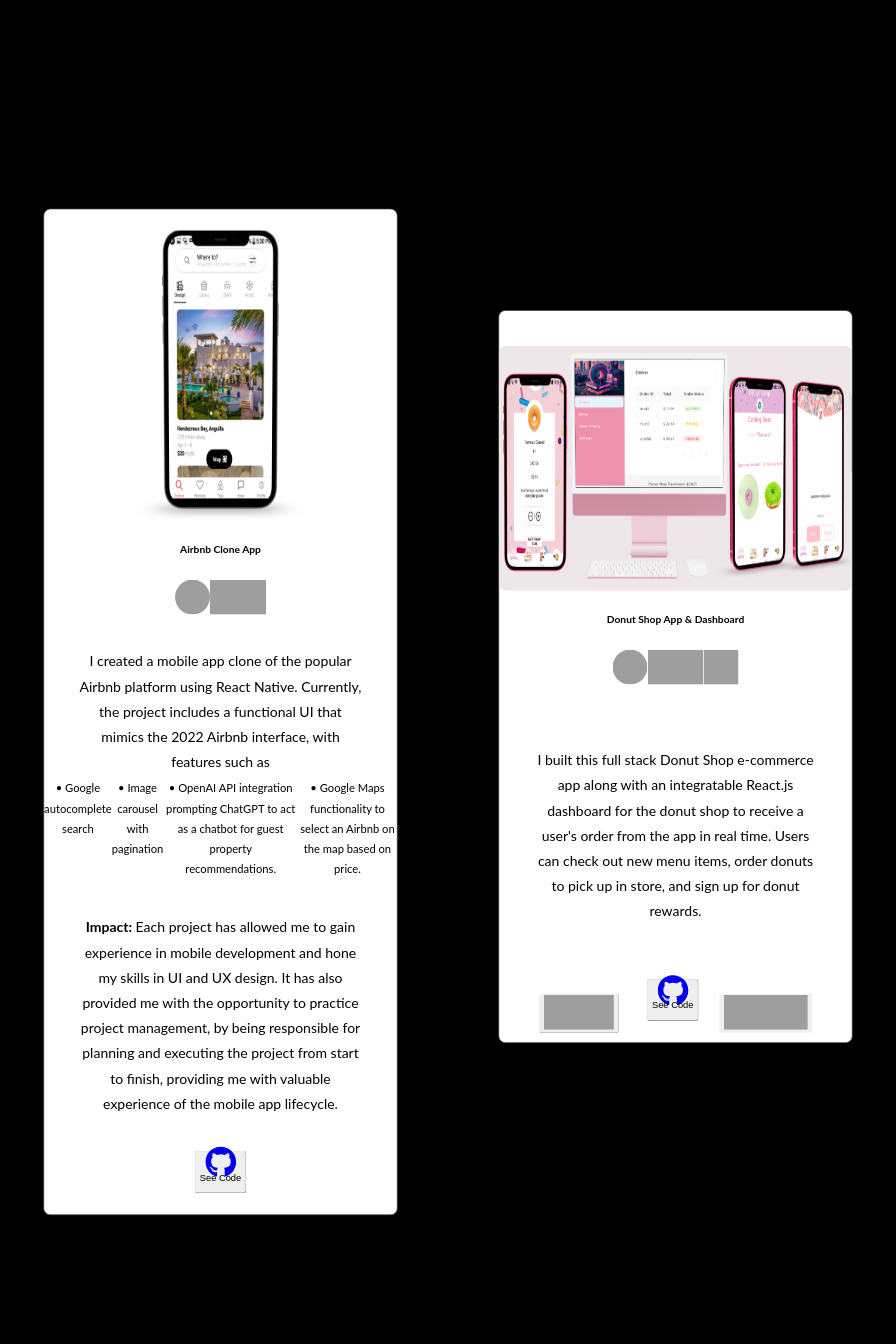
Repository: JamesPesenti/portfolio
Page: /
An editor plug-in stored every save of this project. The page is shown before and after the next save, followed by the edit.
The browser window is 1280 px wide. The pictures show the part of the page from y = 1450 to 3370 px (the page is 6929 px tall), at 70% of full size.
Pictures or frames that could not be fetched are drawn as grey boxes. The project was rebuilt for these pictures with package versions that can differ from the ones it lists, and the page was loaded fresh each time. Imported but missing from the stored project, and not drawn on this page: src/Components/James Pesenti Resume 2023.pdf.

Above is the page before, as saved 2023-08-28 14:58:57.

### public/index.html
<!DOCTYPE html>
<html lang="en">
  <head>
    <meta charset="utf-8" />
    <link rel="" href="" />
    <meta name="viewport" content="width=device-width, initial-scale=1" />
    <meta name="theme-color" content="#000000" />
    <meta name="description" content="James Pesenti Portfolio 2023" />
    <link rel="apple-touch-icon" href="" />
    <link rel="manifest" href="%PUBLIC_URL%/manifest.json" />

    <title>Portfolio 2023</title>

  </head>
  <body>
    <div id="root"></div>
  </body>
</html>

### src/Components/Navbar.jsx
import React, {Component} from 'react'
import { FaGithub } from "react-icons/fa";
import { FaEnvelope } from "react-icons/fa";
import { FaFile } from "react-icons/fa";
import Pdf from "../Components/James Pesenti Resume 2023.pdf"


const Navbar = () => {
  return (
    <>
          <div className="navbar flex">
            <div className="container">
                <nav>
                  <ul style={{textAlign: "center", marginTop: 70, position: 'relative', left: 0, top: -2}}>
                    <li>
                      <a className="App-link"  href="mailto:jamespesenti91@gmail.com" target="_blank" rel="noopener noreferrer">
                      <FaEnvelope size={35} style={{display: "flex", textAlign: "center", marginLeft: 10}}/>
                          Contact
                      </a>
                    </li>
                    <li>
                      <a className="App-link" href="https://github.com/JamesPesenti" target="_blank" rel="noopener noreferrer">
                        <FaGithub size={35} style={{display: "flex", textAlign: "center", marginLeft: 10}} />
                        GitHub
                      </a>
                    </li>
                    <li>
                      <a className="App-link" href={Pdf} target="_blank" rel="noopener noreferrer">
                        <FaFile size={35} style={{display: "flex", textAlign: "center", marginLeft: 10}} />
                        Resume
                      </a>
                    </li>
                  </ul>
                </nav>
                {/* <h4 style={{color: "white", textAlign: 'center', marginBottom:-440}}>
                  See my work below and send a message to get in touch
                </h4> */}
            </div>
          </div>
    </>
  )
}

export default Navbar

### src/Components/AboutMe.jsx
import React from 'react'
import { FontAwesomeIcon } from '@fortawesome/react-fontawesome'
import { FaGithub } from "react-icons/fa";
import { FaMapPin } from "react-icons/fa";

const AboutMe = () => {
  return (
    <>

        <div style={{justifyContent: "center", textAlign: "center", color: "white", padding: 50,}}>
            {/* Spinning image  */}
            {/* <img style={{padding: 10, borderRadius: "50%", width: 200, height: 200,}} src="/images/IMG_1619.jpg" className="App-logo" alt="logo" /> */}
            <img style={{padding: 10, borderRadius: "50%", width: 200, height: 200,}} src="/images/IMG_1619.jpg" alt="logo" />
            <h1>I'm James Pesenti</h1>
            <h2>a Software Developer building mobile apps and websites</h2>
              <FaMapPin size={20} style={{position: "relative", top: 5, right: 65, }} />
              <h3 style={{marginTop: -24}}> Chicago, IL</h3>
        </div>

</>
  )
}

export default AboutMe

### src/Components/Scroll.jsx
import React from 'react'
import '../CSS/App.css';


const Scroll = () => {

  return (
    <>

        <div style={{marginBottom: 400, justifyContnent: 'center'}} id="section09" class="demo">
          <a href="#parallaxContainer">
            <span></span>
            Scroll down to see my work
          </a>
        </div>

    </>
  )
}

export default Scroll

### src/Components/MyProjects.jsx
import UberGoogleButton from "../Components/UberGoogleButton"
import AstonGoogleButton from "./AstonGoogleButton"
import AstonAppleButton from "./AstonAppleButton"
import BarceGoogleButton from "../Components/BarceGoogleButton"
import BarceAppleButton from "./BarceAppleButton"
import { FaGithub } from "react-icons/fa";

const MyProjects = () => {
  return (

  <>
    <div id="parallaxContainer" style={{ display: 'grid', gridTemplateColumns: 'repeat(2, 1fr)', gap: '20px' }}>

    {/* Airbnb Clone */}
    <div style={{ justifyContent: 'center', alignItems: 'center',  width: "80%", borderRadius: 10}} className="box">
            <div>
                <img style={{ borderRadius: 10, marginTop: 30, marginBottom: -35, width: "100%", height: 450, transition: ".7s", }} src="images/mockrocket-capture (11).png" />
            </div>
            <h4 style={{textAlign: 'center'}}>Airbnb Clone App</h4>
                <div style={{padding: 10, borderRadius: 10, marginBottom: -40,}}>
                  <img style={{width: 50, height: 50, borderRadius: 50}} src="https://i.pinimg.com/originals/8a/02/1a/8a021aa097236b42dd71fb731e3d894d.gif"/>
                  <img style={{width: 80, height: 50, }} src="https://www.datocms-assets.com/45470/1631026680-logo-react-native.png"  />
                  {/* <img style={{width: 50, height: 50, }} src="https://pbs.twimg.com/profile_images/1114309924551417856/FKA4cm2x_400x400.png"  /> */}
                </div>
           <div>
            <p style={{fontSize: 20, textAlign: 'center', padding: 50, marginBottom: -60}}>I created a mobile app clone of the popular Airbnb platform using React Native. Currently, the project includes a functional UI that mimics the 2022 Airbnb interface, with features such as</p>
           </div>
           <div style={{display: 'flex', flexDirection: "row", paddingHorizontal: 100}}>
            <p style={{fontSize: 16, padding: 0, marginBottom: -20}}>&#8226; Google autocomplete search</p>
            <p style={{fontSize: 16, padding: 0, marginBottom: -20}}>&#8226; Image carousel with pagination</p>
            <p style={{fontSize: 16, paddingHorizontal: 0, marginBottom: -20}}> &#8226; OpenAI API integration prompting ChatGPT to act as a chatbot for guest property recommendations.</p>
            <p style={{fontSize: 16, paddingHorizontal: -90, marginBottom: -20}}> &#8226; Google Maps functionality to select an Airbnb on the map based on price.</p>
            {/* <p style={{fontSize: 20, textAlign: 'center', padding: 40, marginBottom: -60}}>I plan to add additional features and integrate back end functionality in future updates to enhance the user experience and provide a more comprehensive product.</p> */}
            {/* <p style={{fontSize: 20, textAlign: 'center', padding: 30, marginBottom: -80}}><b> Key Skills I learned: </b>React Native, UI design, Google Play and App Store submission process, mobile development, UX design, project management.</p> */}
           </div>
           <div>
            <p style={{fontSize: 20, textAlign: 'center', padding: 50}}><b> Impact: </b> Each project has allowed me to gain experience in mobile development and hone my skills in UI and UX design. It has also provided me with the opportunity to practice project management, by being responsible for planning and executing the project from start to finish, providing me with valuable experience of the mobile app lifecycle.</p>
           </div>

           <div >
                {/* <UberGoogleButton  /> */}
                <button style={{marginTop: 10}} type="button" className="codeButton">
                  <a href="https://github.com/JamesPesenti/Airbnb" target="_blank" rel="noopener noreferrer">
                    <FaGithub  size={45} style={{ marginTop: -80, marginBottom: -25, justifyContent: "center", textAlign: "center"}} />
                  </a>
                  <p>See Code</p>
                </button>
                {/* <AstonAppleButton  /> */}
            </div>

        </div>


     {/* Donut Shop App */}
     <div style={{marginTop: -80, marginBottom: 20, justifyContent: 'center', alignItems: 'center',  width: "80%", borderRadius: 10}} className="box">
            <div>
                <img style={{ borderRadius: 10, marginTop: 50, width: "100%", height: 350, transition: ".7s", }} src="/images/appAndDashMock.png" />
            </div>
            <h4 style={{textAlign: 'center'}}>Donut Shop App & Dashboard</h4>
                <div style={{padding: 10, borderRadius: 10, marginBottom: 0,}}>
                  <img style={{width: 50, height: 50, borderRadius: 50}} src="https://i.pinimg.com/originals/8a/02/1a/8a021aa097236b42dd71fb731e3d894d.gif"/>
                  <img style={{width: 80, height: 50, }} src="https://www.datocms-assets.com/45470/1631026680-logo-react-native.png"  />
                  <img style={{width: 50, height: 50, }} src="https://pbs.twimg.com/profile_images/1114309924551417856/FKA4cm2x_400x400.png"  />
                </div>
            <p style={{fontSize: 20,textAlign: 'center', padding: 50}}>I built this full stack Donut Shop e-commerce app along with an integratable React.js dashboard for the donut shop to receive a user's order from the app in real time. Users can check out new menu items, order donuts to pick up in store, and sign up for donut rewards.</p>

            <div>
                <UberGoogleButton  />
                <button style={{marginTop: 40}} type="button" className="codeButton">
                  <a href="https://github.com/JamesPesenti/Donut_Shop" target="_blank" rel="noopener noreferrer">
                    <FaGithub  size={45} style={{ marginTop: -80, marginBottom: -25, justifyContent: "center", textAlign: "center"}} />
                  </a>
                  <p>See Code</p>
                </button>
                <AstonAppleButton  />
            </div>

        </div>


    {/* Uber Eats App */}
    <div style={{marginTop: 80, marginBottom: 60, justifyContent: 'center', alignItems: 'center',  width: "80%", borderRadius: 10}} className="box">
            <div className="imgWrapper" style={{width: 480, height: 350}}>
                <img style={{ borderRadius: 5, marginTop: 50, width: "100%", height: 300, transition: ".7s", }} src="/images/UberEatsLast.png" />
            </div>
            <h4 style={{textAlign: 'center'}}>Uber Eats Clone App</h4>
                <div style={{padding: 10, borderRadius: 10, marginBottom: -40,}}>
                  <img style={{width: 50, height: 50, borderRadius: 50}} src="https://i.pinimg.com/originals/8a/02/1a/8a021aa097236b42dd71fb731e3d894d.gif"/>
                  <img style={{width: 80, height: 50, }} src="https://www.datocms-assets.com/45470/1631026680-logo-react-native.png"  />
                  <img style={{width: 50, height: 50, }} src="https://pbs.twimg.com/profile_images/1114309924551417856/FKA4cm2x_400x400.png" />
                </div>
            <p style={{fontSize: 20,textAlign: 'center', padding: 50}}>A full stack React Native app inspired by the UberEats user app. I utilized AWS Amplify's datastore to configure the back end to query and save customer's orders and used Amazon Cognito for user registration, authentication, & account recovery.</p>

            <div>
                <UberGoogleButton  />
                <button style={{marginTop: 40}} type="button" className="codeButton">
                  <a href="https://github.com/JamesPesenti/UberEatsClone" target="_blank" rel="noopener noreferrer">
                    <FaGithub  size={45} style={{ marginTop: -80, marginBottom: -20, justifyContent: "center", textAlign: "center"}} />
                  </a>
                  <p>See Code</p>
                </button>
                <AstonAppleButton  />
            </div>

        </div>


     {/* Aston Waikiki App */}
       <div style={{marginTop: 80, marginBottom: 120, justifyContent: 'center', alignItems: 'center',  width: "80%", borderRadius: 10}} className="box">
            <div className="imgWrapper" style={{width: 450, height: 350}}>
                <img style={{ marginTop: 50, width: "100%", height: "auto", transition: ".7s", }} src="/images/astonmock.png" />
            </div>
            <h4 style={{textAlign: 'center'}}>Aston Waikiki Hotel UI</h4>
                <div style={{padding: 10, borderRadius: 10, marginBottom: -40,}}>
                  <img style={{width: 50, height: 50, borderRadius: 50}} src="https://i.pinimg.com/originals/8a/02/1a/8a021aa097236b42dd71fb731e3d894d.gif"/>
                  <img style={{width: 80, height: 50, }} src="https://www.datocms-assets.com/45470/1631026680-logo-react-native.png"  />
                </div>
            <p style={{fontSize: 20,textAlign: 'center', padding: 50}}>A React Native UI design I created to reimagine the hotel Aston Waikiki Beach's website into a cross platform mobile app. I used most of the content and images from the current website and utilized both Bottom Tabs, Drawer navigation and other React Native libraries for a better user experience.</p>

            <div>
                <AstonGoogleButton  />
                <button style={{marginTop: 40}} type="button" className="codeButton">
                        <a href="https://github.com/JamesPesenti/AstonWaikikiBeachApp" target="_blank" rel="noopener noreferrer">
                            <FaGithub  size={45} style={{ marginTop: -80, marginBottom: -20, justifyContent: "center", textAlign: "center"}} />
                        </a>
                        <p>See Code</p>
                </button>
                <AstonAppleButton  />
            </div>

        </div>


    {/* Barcelona App */}
       <div style={{marginTop: 20, marginBottom: 120, justifyContent: 'center', alignItems: 'center',  width: "80%", borderRadius: 10}} className="box">
            <div className="imgWrapper" style={{width: 650, height: 300}}>
                <img style={{ marginTop: 30, width: "100%", height: 250, transition: ".7s", }} src="/images/barcelonamockup.png" />
            </div>
            <h4 style={{textAlign: 'center'}}>Barcelona Tourist App</h4>
                <div style={{padding: 10, borderRadius: 10, marginBottom: -20,}}>
                <img style={{width: 80, height: 50,}} src="https://www.datocms-assets.com/45470/1631026680-logo-react-native.png"  />
                <img style={{width: 50, height: 50, borderRadius: 50}} src="https://i.pinimg.com/originals/8a/02/1a/8a021aa097236b42dd71fb731e3d894d.gif"/>
                </div>
            <p style={{fontSize: 20, textAlign: 'center', padding: 50}}>I created this React Native app for visitors of Barcelona Spain to save pictures and locations of their favorite places. I used pop-up modals for users to quickly get information on popular sights and used geolocation with google maps so users can save their location and select it on the map.</p>

            <div>
               <BarceAppleButton  />
                <button style={{marginTop: 40}} type="button" className="codeButton">
                        <a href="https://github.com/JamesPesenti/BarcelonaApp" target="_blank" rel="noopener noreferrer">
                            <FaGithub  size={45} style={{ marginTop: -80, marginBottom: -20, justifyContent: "center", textAlign: "center"}} />
                        </a>
                        <p>See Code</p>
                </button>
                <BarceGoogleButton  />
            </div>

        </div>

    {/* IAR React App */}
        {/* <div style={{marginBottom: 0, justifyContent: 'center', alignItems: 'center',  width: "80%", borderRadius: 10}} className="box">
            <img style={{ width: 600, height: 350, borderRadius: 10, borderWidth: 2, borderColor: "green"}} src="/images/innermock.png" />
            <h4 style={{textAlign: 'center'}}>Inner Aura Readings Website</h4>
            <div style={{flexDirection: "row", padding: 10, borderRadius: 10}}>
                <img src="https://www.logo.wine/a/logo/React_(web_framework)/React_(web_framework)-Logo.wine.svg" style={{width: 100, height: 50,}} />
                <img className="logoBox" src="https://cdn.pixabay.com/photo/2017/08/05/11/16/logo-2582747_1280.png" style={{width: 50, height: 50,}} />
            </div>
            <p style={{fontSize: 20, textAlign: 'center', padding: 50}}>This was the first official React.js web app that I developed. I made it for a friend who wanted to reach more customers with a mobile friendly website. I made multiple iterations and converted it into a PWA for offline operability with native like performance. </p>
            <button style={{marginTop: 0}} type="button" className="codeButton">
                        <a href="https://github.com/JamesPesenti/InnerAuraReadings2022" target="_blank" rel="noopener noreferrer">
                            <FaGithub  size={45} style={{ marginTop: -80, marginBottom: -20, justifyContent: "center", textAlign: "center"}} />
                        </a>
                        <p>See Code</p>
            </button>

        </div> */}


{/* REapp */}
        {/* <div style={{marginBottom: 100, justifyContent: 'center', alignItems: 'center',  width: "80%", borderRadius: 10,}} className="box">
        <img style={{marginTop: 50, width: 800, height: 350, borderRadius: 10, borderWidth: 2, borderColor: "green"}} src="/images/remockup.png" />
            <h4 style={{textAlign: 'center'}}>Real Estate Listing Website </h4>
            <div style={{flexDirection: "row", padding: 10, borderRadius: 10}}>
                <img src="https://www.logo.wine/a/logo/React_(web_framework)/React_(web_framework)-Logo.wine.svg" style={{width: 100, height: 50,}} />
                <img src="https://img.icons8.com/color/480/cloud-firestore.png" style={{width: 50, height: 50,}} />
                <img src="https://raw.githubusercontent.com/JamesPesenti/RealEstateApp/16b046b3d34b4a26468627e906dc503be8911b73/src/assets/svg/googleIcon.svg" style={{marginBottom: 8, width: 100, height: 30,}} />
            </div>
            <p style={{fontSize: 20, textAlign: 'center', padding: 50}}>Real Estate listing website built with React, FireStore database and Google OAuth to sign in with a google account. You can search listings for rent/sale and login to your account to create a listing and save offers. Inspiration and back-end code taken from Brad Traversey's React course I took on Udemy.</p>
            <button style={{marginTop: 40}} type="button" className="codeButton">
                        <a href="https://github.com/JamesPesenti/RealEstateApp" target="_blank" rel="noopener noreferrer">
                            <FaGithub  size={45} style={{ marginTop: -80, marginBottom: -20, justifyContent: "center", textAlign: "center"}} />
                        </a>
                        <p>See Code</p>
            </button>
        </div> */}

    </div>


    </>
  )
}

export default MyProjects

### src/Components/UberGoogleButton.jsx
import React from 'react'


const UberGoogleButton = () => {
  return (
    <>
    <button type="button" style={{marginRight: 40, borderWidth: .1, borderColor: '#efefef', borderRadius: 5}}>
        <a href="https://expo.dev/accounts/jimpesenti/projects/UberEats/builds/b9dfcb73-dd37-4009-b5f9-7d24a72b937d">
            <img style={{width: 100, height: 50, borderRadius: 0}} src="https://logos-world.net/wp-content/uploads/2020/12/Google-Play-Logo-500x281.png"/>
        </a>
    </button>
    </>
  )
}

export default UberGoogleButton

### src/Components/AstonGoogleButton.jsx
import React from 'react'


const AstonGoogleButton = () => {
  return (
    <>
    <button type="button" style={{marginRight: 40, borderWidth: .1, borderColor: '#efefef', borderRadius: 5}}>
        <a href="https://play.google.com/store/apps/details?id=com.jamespesenti91.astonwaikikibeach">
            <img style={{width: 100, height: 50, borderRadius: 0}} src="https://logos-world.net/wp-content/uploads/2020/12/Google-Play-Logo-500x281.png"/>
        </a>
    </button>
    </>
  )
}

export default AstonGoogleButton

### src/Components/AstonAppleButton.jsx
import React from 'react'

const AstonAppleButton = () => {
  return (
    <>
    <button type="submit" style={{marginLeft: 30, borderWidth: 0,}}  >
        <a href="">
            <img style={{width: 120, height: 50, borderRadius: 0}} src="https://images.squarespace-cdn.com/content/v1/5b549a7f3c3a53487c250f58/1597439116255-P7ME5MNOIWQLJS1X4CPP/Apple+App+Store+Logo+Button.png"/>
        </a>
    </button>
    </>
  )
}

export default AstonAppleButton

### src/Components/BarceGoogleButton.jsx
import React from 'react'


const BarceGoogleButton = () => {
  return (
    <>
    <button type="button" style={{marginLeft: 30, borderWidth: .1, borderColor: '#efefef', borderRadius: 5}}>
        <a href="https://play.google.com/store/apps/details?id=com.jamespesenti91.VisitBarcelona">
            <img style={{width: 100, height: 50, borderRadius: 0}} src="https://logos-world.net/wp-content/uploads/2020/12/Google-Play-Logo-500x281.png" alt="barceButton"/>
        </a>
    </button>
    </>
  )
}

export default BarceGoogleButton

### src/Components/BarceAppleButton.jsx
import React from 'react'

const BarceAppleButton = () => {
  return (
    <>
    <button type="submit" style={{marginRight: 30, borderWidth: 0,}}  >
        <a href="">
            <img style={{width: 120, height: 50, borderRadius: 0}} src="https://images.squarespace-cdn.com/content/v1/5b549a7f3c3a53487c250f58/1597439116255-P7ME5MNOIWQLJS1X4CPP/Apple+App+Store+Logo+Button.png"/>
        </a>
    </button>
    </>
  )
}

export default BarceAppleButton

Loaded but not shown: src/index.js (common file); src/reportWebVitals.js (common file); src/serviceWorkerRegistration.js (137 lines, source omitted); src/App.js (33 lines, source omitted); src/CSS/App.css (351 lines, source omitted); src/CSS/index.css (197 lines, source omitted)

After the next save:
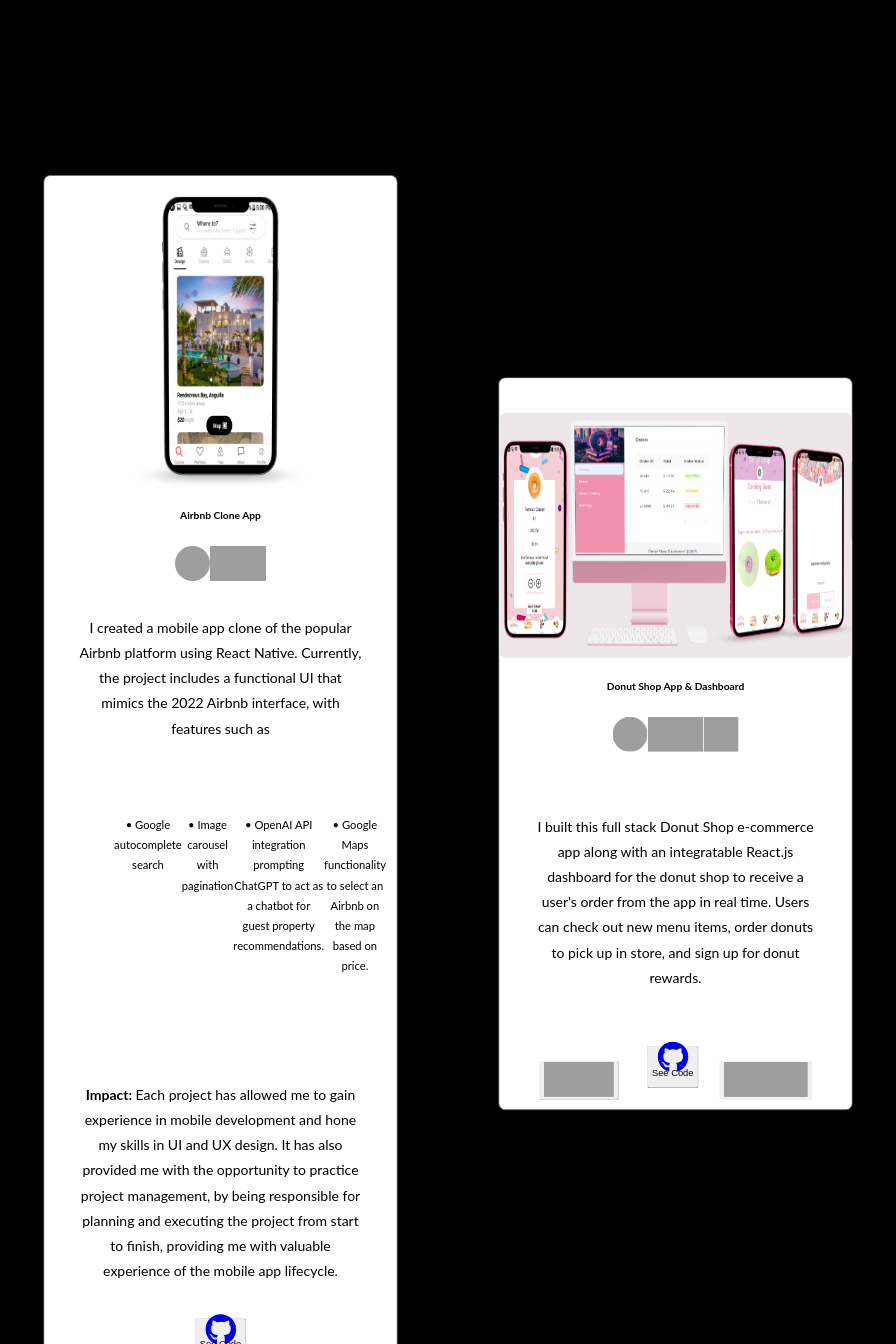
Saved 9 s later.
--- a/src/Components/MyProjects.jsx
+++ b/src/Components/MyProjects.jsx
@@ -25,7 +25,7 @@
            <div>
             <p style={{fontSize: 20, textAlign: 'center', padding: 50, marginBottom: -60}}>I created a mobile app clone of the popular Airbnb platform using React Native. Currently, the project includes a functional UI that mimics the 2022 Airbnb interface, with features such as</p>
            </div>
-           <div style={{display: 'flex', flexDirection: "row", paddingHorizontal: 100}}>
+           <div style={{display: 'flex', flexDirection: "row", padding: 100}}>
             <p style={{fontSize: 16, padding: 0, marginBottom: -20}}>&#8226; Google autocomplete search</p>
             <p style={{fontSize: 16, padding: 0, marginBottom: -20}}>&#8226; Image carousel with pagination</p>
             <p style={{fontSize: 16, paddingHorizontal: 0, marginBottom: -20}}> &#8226; OpenAI API integration prompting ChatGPT to act as a chatbot for guest property recommendations.</p>
